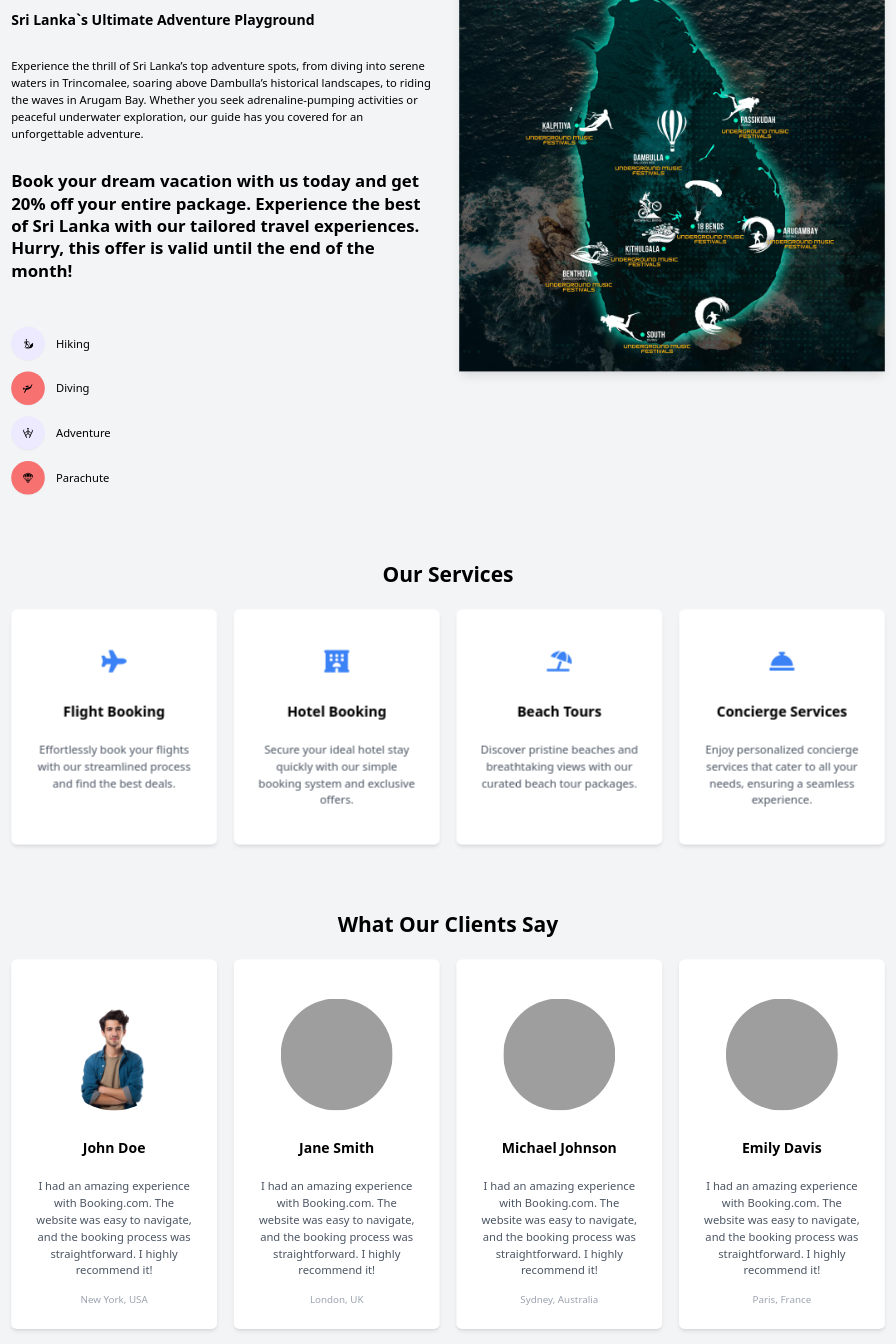
Repository: thisara199/Travel-Agency-Website
Page: /
The author's editor kept a copy of each file at every save. The page is drawn from the files as they stood at one save, then again after the next save.
The browser window is 1280 px wide. The pictures show the part of the page from y = 1441 to 3361 px (the page is 3689 px tall before and 3713 px after), at 70% of full size.
Pictures or frames that could not be fetched are drawn as grey boxes. The project was rebuilt for these pictures with package versions that can differ from the ones it lists, and the page was loaded fresh each time. Also part of the build but not shown: vite.config.js, src/pages/About.jsx.

Above is the page before, as saved 2024-09-04 08:12:12.

After the next save:
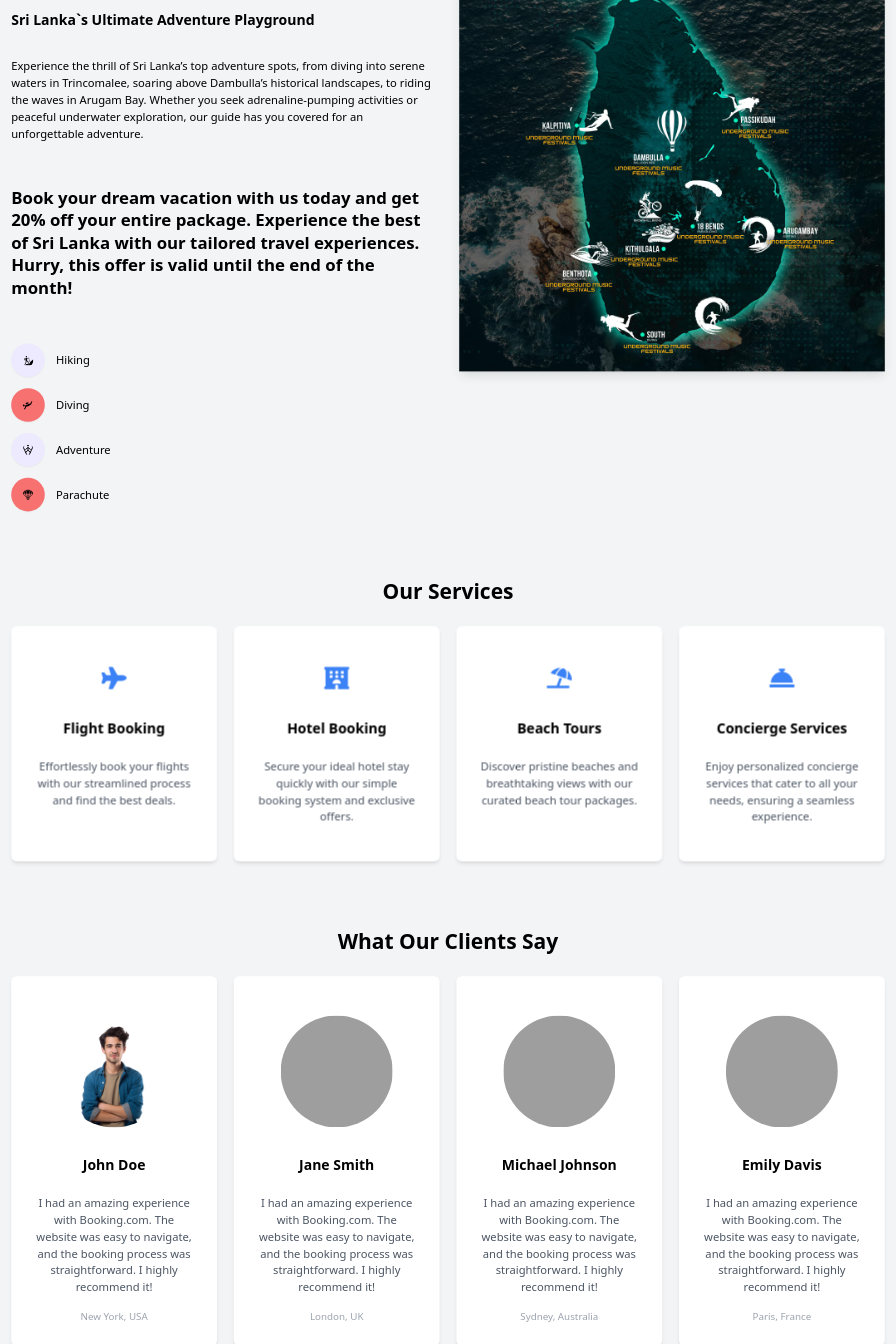
Saved 18 s later.
--- a/src/components/Banner/Banner.jsx
+++ b/src/components/Banner/Banner.jsx
@@ -14,6 +14,7 @@ const Banner1 = () => {
            <h2 data-aos="fade-up" className='mt-0 text-xl font-semibold lg:mt-10'>Sri Lanka`s Ultimate Adventure Playground</h2>
            <p data-aos="fade-up" className='mt-0 lg:mt-10'>Experience the thrill of Sri Lanka’s top adventure spots, from diving into serene waters in Trincomalee, soaring above Dambulla’s historical landscapes, to riding the waves in Arugam Bay. Whether you seek adrenaline-pumping activities or peaceful underwater exploration, our guide has you covered for an unforgettable adventure.</p>
            <div className='flex flex-col justify-center gap-6 mt-0 sm:pt-0 lg:mt-10'>
+            <h1 className='text-3xl font-bold'></h1>
             <p data-aos="fade-up" className='mb-0 text-xl font-semibold sm:text-2xl lg:mb-10'>Book your dream vacation with us today and get 20% off your entire package. Experience the best of Sri Lanka with our tailored travel experiences. Hurry, this offer is valid until the end of the month!</p>
             <div className='flex flex-col gap-4'>
               <div data-aos="fade-up" className='flex items-center gap-4'>
